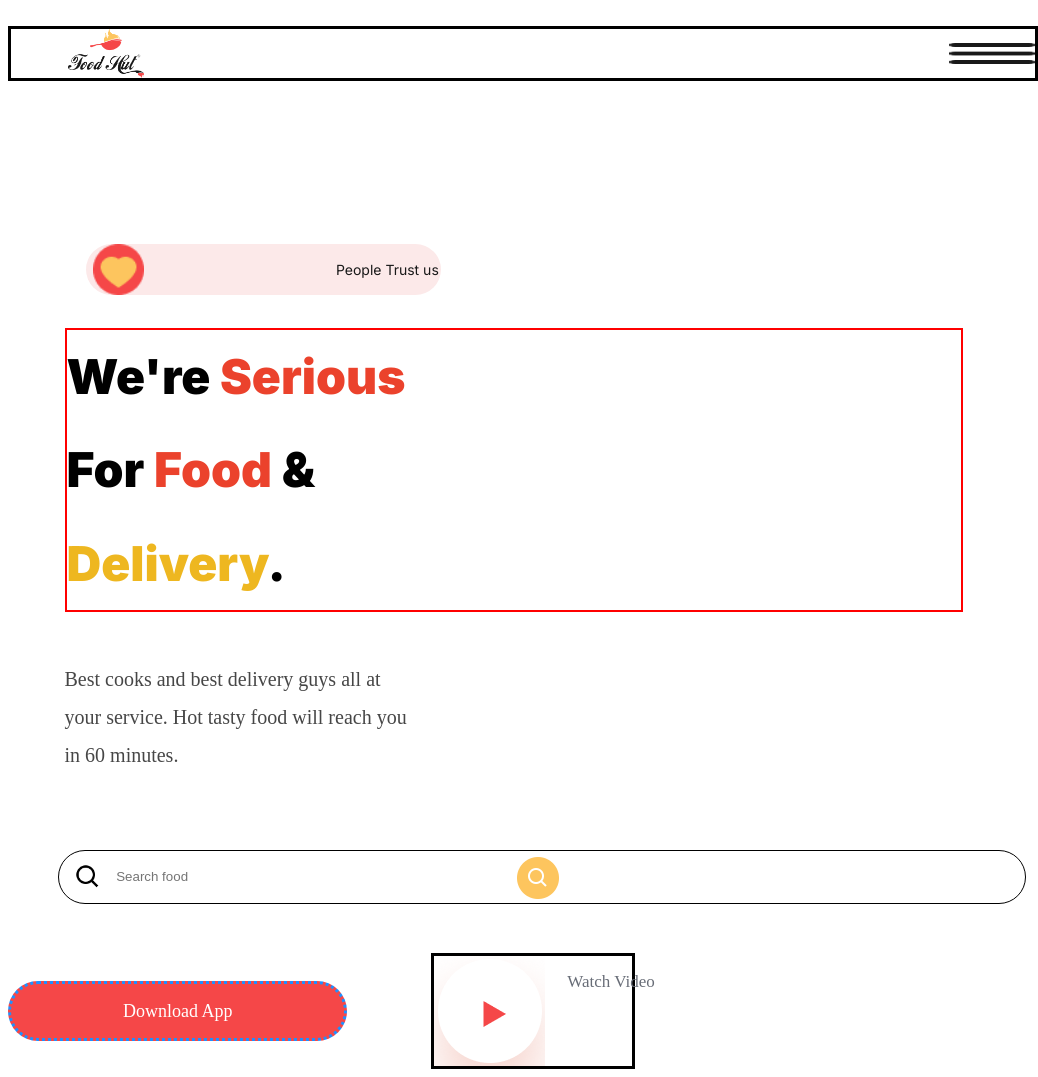
Repository: ReyhanehRahmani/Food-Hut
Page: FoodHut.html
An editor plug-in stored every save of this project. The page is shown before and after the next save, followed by the edit.
The browser window is 1024 px wide. The page is 1038 px wide, so the pictures cover 1038 px, including what lies to the right of the window. The pictures show the whole page.
Some web fonts or font styles are not loaded; a fallback is used.

Above is the page before, as saved 2025-05-28 23:48:05.

### FoodHut.html
<!DOCTYPE html>

<html lang="en">

    <head>

    <meta name="viewport" content="width=device-width, initial-scale=1.0" />

        <title>Food Hut</title>

        <link rel="icon" type="image/jpg" href="favicon.png">

        <link rel="preconnect" href="https://fonts.googleapis.com">

        <link rel="stylesheet" href="FoodHut.css">

        <link rel="preconnect" href="https://fonts.googleapis.com">

        <link rel="preconnect" href="https://fonts.gstatic.com" crossorigin>

        <link href="https://fonts.googleapis.com/css2?family=Inter:ital,opsz,wght@0,14..32,100..900;1,14..32,100..900&display=swap" rel="stylesheet">

        <link rel="preconnect" href="https://fonts.googleapis.com">

        <link rel="preconnect" href="https://fonts.gstatic.com" crossorigin>

        <link href="https://fonts.googleapis.com/css2?family=Sofia+Sans:ital,wght@0,1..1000;1,1..1000&display=swap" rel="stylesheet">

    </head>

    <body>

        <div class="headh">
            <img src="favicon.png" alt="Food Hut logo" class="FoodHutLogo">

            <div class="navlaptop">
                    <p class="mm">Today special offers</p>
                    <p class="mm">Why FoodHut</p>
                    <p class="mm">Our Menu</p>
                    <p class="mm">Our Popular food</p>

            </div>
            <div class="downloadbt"><p>Download App</p></div>
            <img src="slider.png" id="slider">
        </div>



        <div class="maincontainer">
            <div class="container1">

                <div id="HeartBox">
                    <img id="Heart" src="ghalb.png" style="margin-left: 3px;" >
                    <p id="trust">People Trust us</p>
                </div>

                <p id="BigBox1">
                    We're <spsn style="color: rgb(235, 66, 44);">Serious</spsn> <br> For <span style="color: rgb(235, 66, 44);">Food</span> & <br><span style="color: rgb(238, 183, 32);">Delivery</span>.
                </p>
                <p id="BigBox1laptop">
                    We're <spsn style="color: rgb(235, 66, 44);">Serious</spsn>  For <br><span style="color: rgb(235, 66, 44);">Food</span> & <span style="color: rgb(238, 183, 32);">Delivery</span>.
                </p>

                <p id="text1">
                    Best cooks and best delivery guys all at <br>your service. Hot tasty food will reach you<br>in 60 minutes.
                </p>
                <p id="text1laptop">
                    Best cooks and best delivery guys all at your <br>service. Hot tasty food will reach you in 60<br>minutes.
                </p>
                <div class="searchbox">
                    <img src="zarebin2.png" id="zarebin2">
                    <input class="inin" type="text" minlength="3" maxlength="30" placeholder="Search food"></input>
                    <button class="butbut"><img src="zarebin.png" id="zarebin"></button>
                </div>


                <div id="PlayBox">
                    <div id="download"><p>Download App</p></div>
                    <div id="bori1">
                    <img src="playb.png" id="PlayButton">
                    <p id="Watch">Watch Video</p>
                    </div>
                </div>

            </div>
            <img src="pic1.png" id="pic1laptop">

        </div>






    </body>

</html>

### FoodHut.css
/*font family - font size - align items like heart*/

@media screen and (max-width: 1279px){



body {
    font-family: "Inter", sans-serif;

}

.headh{
    border: solid;
    display: flex;
    justify-content: space-between;
    width: 100vw;
    height: 6.739130435vh;
    align-items: center;
    margin-top: 2.608695652%;
}


.FoodHutLogo{
    margin-left: 5.607476636%;
    height: 100%;
}

#slider{
    width: 8.411214953%;
    height: 43.548387097%;
}

/*#NavbarSlider{
    margin-top: 41px;
    margin-right: 5.6vw;
    float: right;
    position: fixed;
    border: 2px solid red;
}

.slider{
    width: 36px;
    height: 5px;
    border-radius: 17px;
    display: flex;
    justify-content: space-between;
    flex-direction: column;
    gap: 6px;
    background: rgba(25, 25, 25, 1);
    margin-right: 24px;

}*/



#HeartBox{
    display: flex;
    justify-content: space-between;
    gap: 1.438848921%;
    width: 35.226415094%;
    height: 4.261796043%;
    align-items: center;
    border-radius: 100px;
    white-space: nowrap;
    background-color: #fce9e9;
    margin-top: 16.228070175%;
    margin-left: 7.710280374%;
}

#trust{
    font-weight: 400;
    font-size: 0.875rem;
    line-height: 100%;
    letter-spacing: 0%;
    /*align-items: center;
    justify-content: center;*/
    color: rgba(25, 25, 25, 1);
    margin-right: 2px;

}

#Heart{
    position: static;
    width: 14.288489209%;
    height: 71.428571429%;
    padding-left: 1.168224299%;
    align-self: center;
}

#BigBox1{
    width: 88.785046729%;
    height: 21.058315335%;
    align-content: center;
    margin-top: 3.225806452%;
    margin-left: 5.607476636%;
    border: 2px solid red;
    font-weight: 900;
    font-size: 3rem;
    line-height: 195%;
    letter-spacing: 0%;
    font-family: "Inter";
}

/*#Box1Paragragh{
    font-weight: 900;
    font-size: 48px;
    line-height: 195%;
    letter-spacing: 0%;
}*/

#text1{
    width: 88.551401869%;
    height: 8.804347826%;
    margin-top: 4.347826087%;
    margin-left: 5.607476636%;
    opacity: 0.8;
    font-family: "Sofia Sans";
    font-weight: 400;
    font-size: 1.25rem;
    line-height: 190%;
    letter-spacing: -1%;
    color: #191919;
    white-space: nowrap;

}

#text1laptop{
    display: none;
}

.searchbox{
    border: solid;
    display: flex;
    border-width: 0.5px;
    border-radius: 100px;
    align-items: center;
    height: 8.709677419%;
    margin-top: 4.35483871;
    width: 95.785046729%;
    margin-left: 4.979253112%;
    margin-top: 7.476635514%;

}

.searchbox .inin{
    border: 0px;
    margin-left: 12px;

}

.searchbox .butbut{
    border: 0px;
    background-color: rgba(127, 255, 212, 0);
    margin-left: 22.324840764%;
}

#zarebin{
    height: 42px;
    padding-top: 5px;

}

#zarebin2{
    width: 28px;
    height: 28px;
    margin-left: 15px;

}

#PlayBox{
    display: flex;
    height: 8.387096774%;
    margin-top: 4.838709677%;
    align-items: center;
}

#download{
    width: 33.085106383%;
    height: 86.538461538%;
    border-radius: 100px;
    background-color: #F54748;
    font-family: "Sofia Sans";
    text-align: center;
    margin-top: 1px;
    color: #FFFFFF;
    font-weight: 400;
    font-size: 18px;
    line-height: 100%;
    letter-spacing: 0px;
    text-transform: capitalize;
    border: dodgerblue, dotted;

}

#bori1{
    display: flex;
    margin-left: 8.244680851%;
    height: 100%;
    justify-content: space-between;
    gap: 11.475409836%;
    border: solid;
}

#Watch{
    font-family: "Sofia Sans";
    font-weight: 300;
    font-size: 17px;
    line-height: 100%;
    letter-spacing: 0%;
    color: #686D77;
    white-space: nowrap;

}

#PlayButton{
    height: 100%;
}

.navlaptop{
    display: none;
}

.downloadbt{
    display: none;
}

#BigBox1laptop{
    display: none;
}

#pic1laptop{
    display: none;
}

}


@media screen and (min-width: 1280px){

body{
    position: relative;
}

.headh{
    display: flex;
    position: relative;
    align-items: center;
    margin-top: 2.46343341%;
}

.headh .FoodHutLogo{
    width: 8.402777778%;
    height: 6.004618938%;
    margin-left: 5.46875%;

}

.navlaptop {
    display: flex;
    gap: 7.575757576%;
    align-items: center;
    margin-left: 20.75%;

}

.navlaptop .mm{
    font-family: "Sofia Sans";
    font-weight: 400;
    font-size: 1.125rem;
    line-height: 100%;
    letter-spacing: 0px;
    text-transform: capitalize;
    color: #191919;
    white-space: nowrap;
}

.downloadbt{
    position: absolute;
    width: 11.25%;
    line-height: 100%;
    height: 57.692307692%;
    border-radius: 100px;
    background-color: #F54748;
    font-family: "Sofia Sans";
    text-align: center;
    margin-top: 1px;
    color: #FFFFFF;
    font-weight: 400;
    font-size: 18px;
    letter-spacing: 0px;
    text-transform: capitalize;
    margin-left: 84.513888889%;


}

.maincontainer{
    display: flex;
    justify-content: space-between;


}

.container1{
    margin-left: 4.861111111%;
    display: block;
    align-content: center;

}

#HeartBox{
    display: flex;
    justify-content: space-between;
    width: 28.226415094%;
    height: 4.261796043%;
    align-items: center;
    border-radius: 100px;
    white-space: nowrap;
    background-color: #fce9e9;
}

#trust{
    margin-right: 2px;
}

#BigBox1laptop{
    font-family: "Inter";
    font-weight: 900;
    font-size: 3.625rem;
    line-height: 100%;
    letter-spacing: 0%;
    margin-top: 3.04414003%;

}

#BigBox1{
    display: none;
}

#Heart{
    height: 20px;
    width: 20px;
}

#trust{
    font-family: Inter;
    font-weight: 400;
    font-size: 0.875rem;
    line-height: 100%;
    letter-spacing: 0%;

}

#text1{
    font-family: "Sofia Sans";
    font-weight: 400;
    font-size: 1.5rem;
    line-height: 100%;
    letter-spacing: -1%;
    opacity: 0.8;
    margin-top: 3.877419355%;
    color: #191919;

}


.searchbox{
    border: solid;
    display: flex;
    border-width: 0.5px;
    border-radius: 100px;
    align-items: center;
    height: 8.709677419%;
    margin-top: 4.35483871;

}

.searchbox .inin{
    border: 0px;
    margin-left: 12px;

}

.searchbox .butbut{
    border: 0px;
    background-color: rgba(127, 255, 212, 0);
    margin-left: 41.324840764%;
}

#zarebin{
    height: 42px;
    padding-top: 5px;

}

#zarebin2{
    width: 28px;
    height: 28px;
    margin-left: 15px;

}

#pic1laptop{
    width: 47.847222222%;
    height: auto;
}

#PlayBox{
    display: flex;
    height: 8.387096774%;
    margin-top: 4.838709677%;
    align-items: center;
}

#download{
    width: 33.085106383%;
    height: 86.538461538%;
    border-radius: 100px;
    background-color: #F54748;
    font-family: "Sofia Sans";
    text-align: center;
    margin-top: 1px;
    color: #FFFFFF;
    font-weight: 400;
    font-size: 18px;
    line-height: 100%;
    letter-spacing: 0px;
    text-transform: capitalize;


}

#bori1{
    display: flex;
    margin-left: 8.244680851%;
    height: 100%;
    justify-content: space-between;
    gap: 11.475409836%;
}

#Watch{
    font-family: "Sofia Sans";
    font-weight: 300;
    font-size: 17px;
    line-height: 100%;
    letter-spacing: 0%;
    color: #686D77;
    white-space: nowrap;

}

#PlayButton{
    height: 100%;
}
}

After the next save:
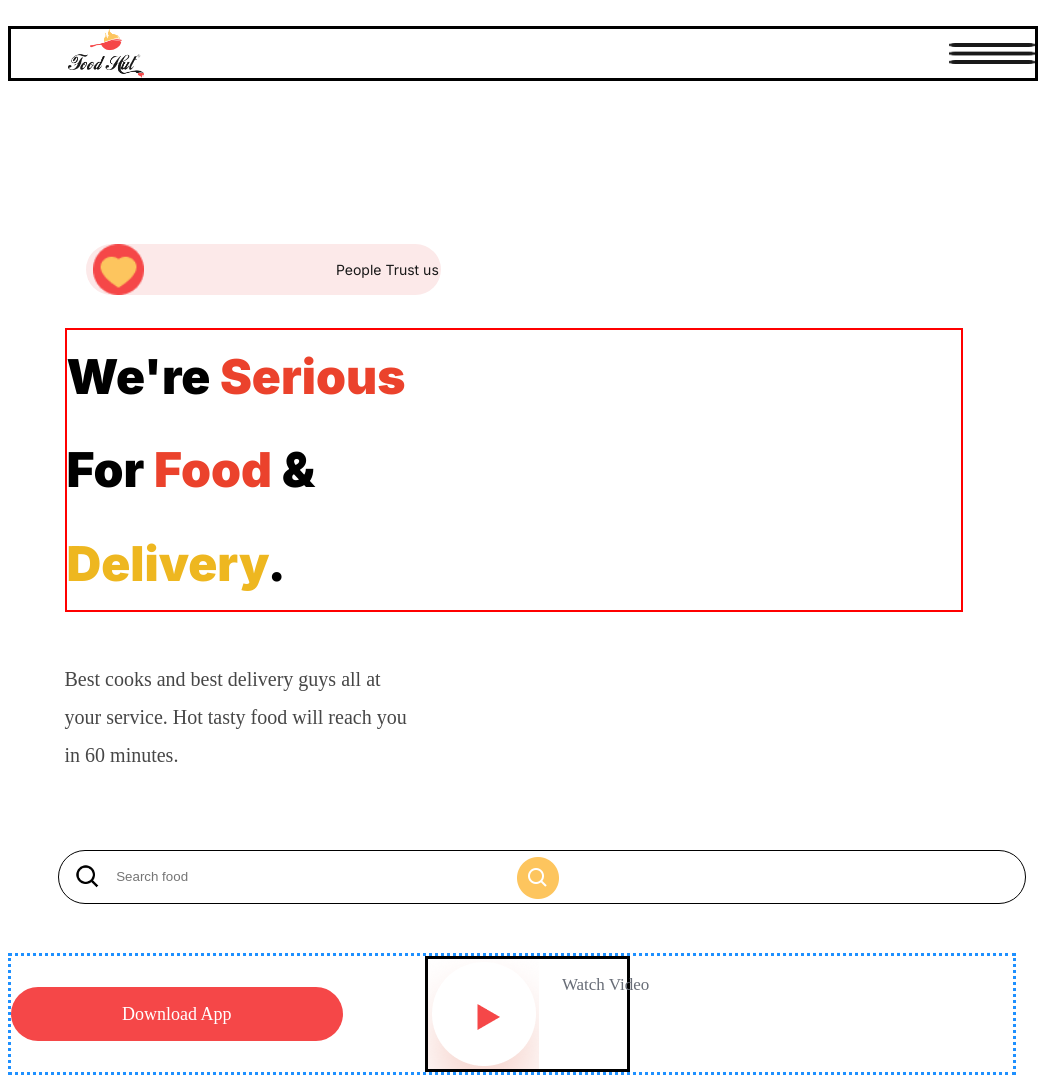
Saved 17 s later.
--- a/FoodHut.css
+++ b/FoodHut.css
@@ -172,6 +172,8 @@ body {
     height: 8.387096774%;
     margin-top: 4.838709677%;
     align-items: center;
+    border: dodgerblue, dotted;
+
 }
 
 #download{
@@ -188,7 +190,6 @@ body {
     line-height: 100%;
     letter-spacing: 0px;
     text-transform: capitalize;
-    border: dodgerblue, dotted;
 
 }
 
